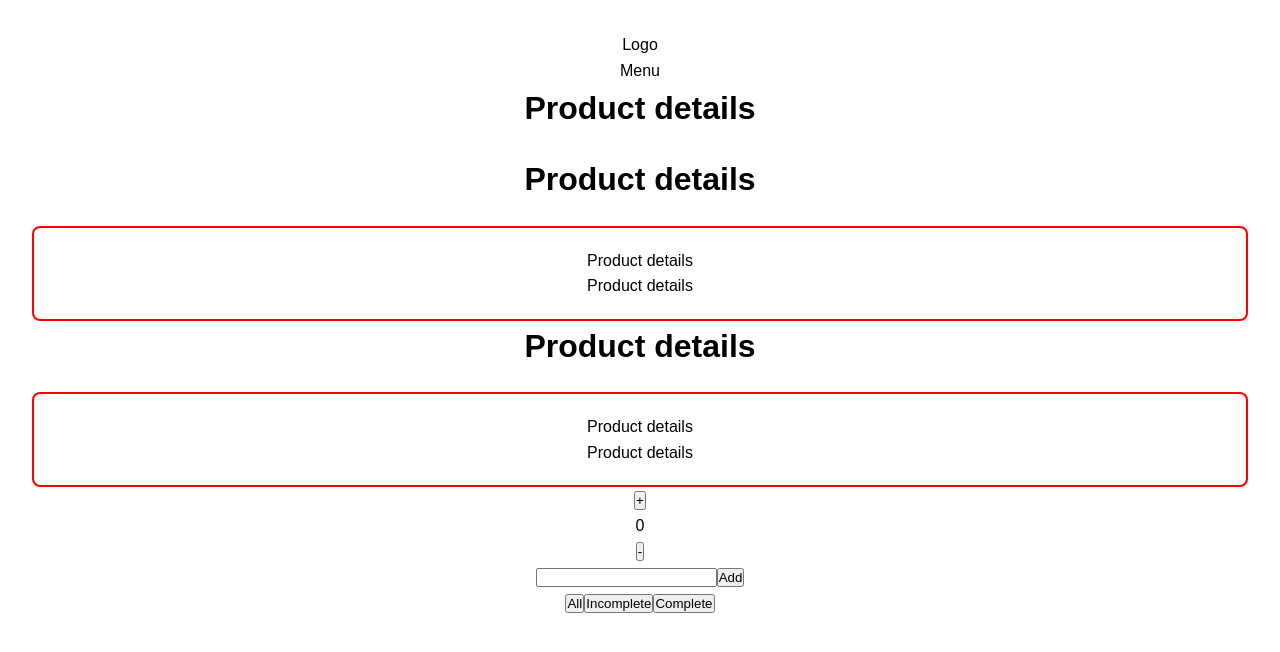
Repository: Manny1294/react-learning
Page: /
These files come from the project's save history. The page is drawn as it stood at one moment and after the next save; the edit follows.
The browser window is 1280 px wide. The pictures show the whole page.
The project was rebuilt for these pictures with package versions that can differ from the ones it lists, and the page was loaded fresh each time. Also part of the build but not shown: vite.config.js, src/components/Toggle.jsx.

Above is the page before, as saved 2026-02-01 08:21:35.

After the next save:
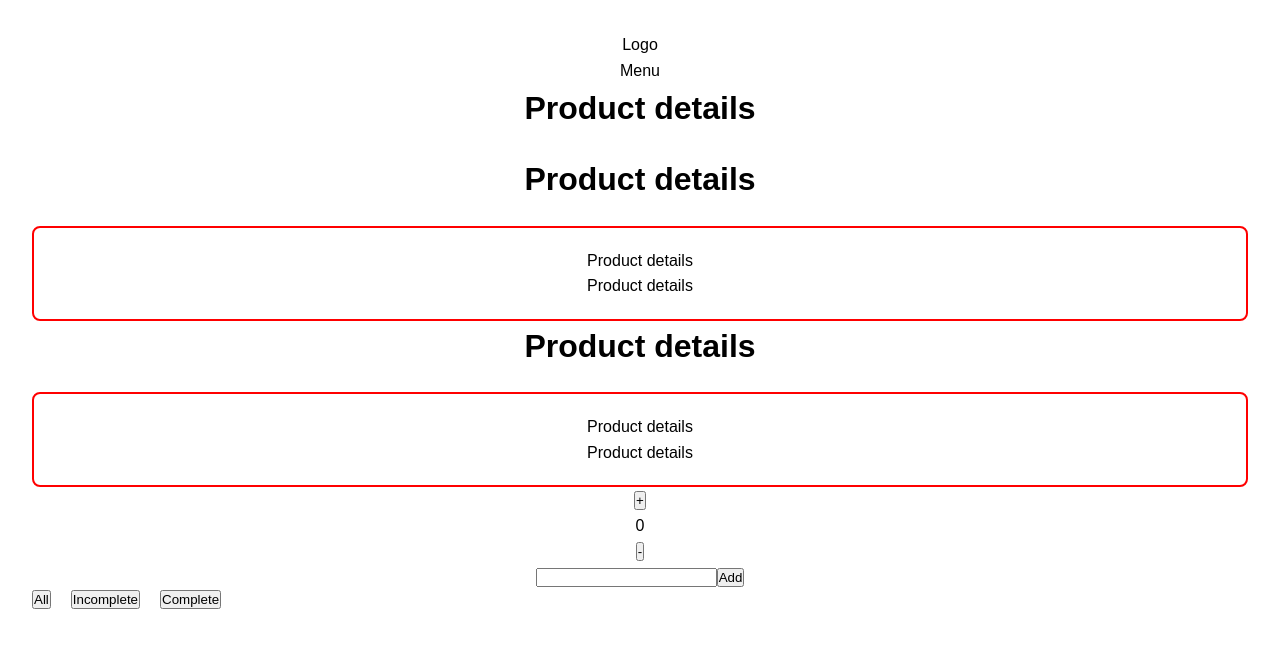
Saved 104 s later.
--- a/src/components/TodoList.jsx
+++ b/src/components/TodoList.jsx
@@ -41,7 +41,7 @@ export default function Todos() {
         ></input>
 
         <button onClick={addTodos}>Add</button>
-        <div>
+        <div style={{ display: "flex", gap: "20px" }}>
           <button>All</button>
           <button>Incomplete</button>
           <button>Complete</button>
